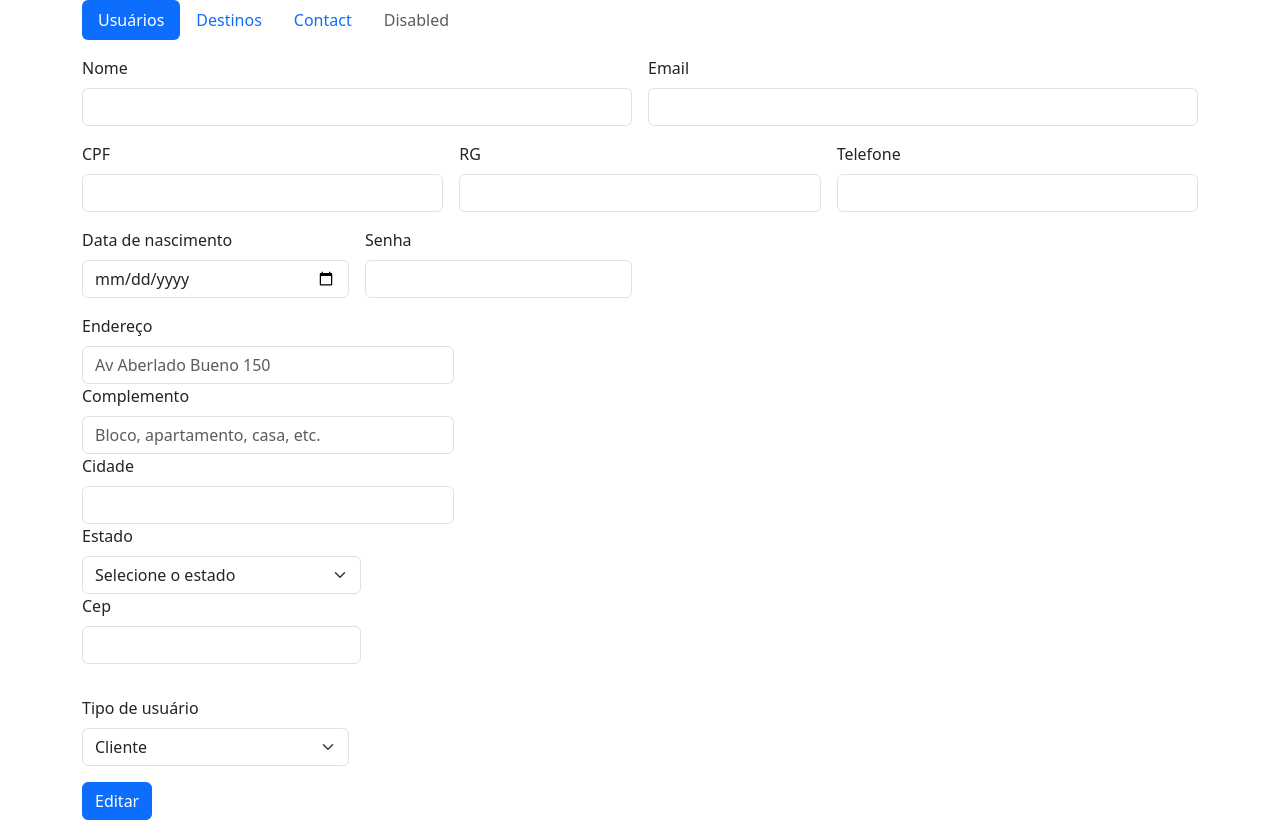
Repository: MaiconNunes315/Entrega_Recode_4
Page: http://localhost/Valonge/usuario/editarUsuario.jsp
An editor plug-in stored every save of this project. The page is shown before and after the next save, followed by the edit.
The browser window is 1280 px wide. The pictures show the whole page.
The page is served by Tomcat 9. Other server files are loaded and not shown. The template is opened directly, without the code that normally fills it, so the values that code supplies are empty.

Above is the page before, as saved 2023-11-05 11:07:07.

### Valonge/src/main/webapp/usuario/editarUsuario.jsp
<%@ page language="java" contentType="text/html; charset=UTF-8"
	pageEncoding="UTF-8"%>
<%@ taglib uri="http://java.sun.com/jsp/jstl/core" prefix="jstl"%>

<html>
<head>
<meta charset="UTF-8">
<title>Painel de Controle - Editar usuário</title>
<link
	href="https://cdn.jsdelivr.net/npm/bootstrap@5.3.2/dist/css/bootstrap.min.css"
	rel="stylesheet"
	integrity="sha384-T3c6CoIi6uLrA9TneNEoa7RxnatzjcDSCmG1MXxSR1GAsXEV/Dwwykc2MPK8M2HN"
	crossorigin="anonymous">
</head>
<body class="container">
	<ul class="nav nav-pills mb-3" id="pills-tab" role="tablist">
		<li class="nav-item" role="presentation">
			<button class="nav-link active" id="pills-home-tab"
				data-bs-toggle="pill" data-bs-target="#pills-home" type="button"
				role="tab" aria-controls="pills-home" aria-selected="true">
				Usuários</button>
		</li>
		<li class="nav-item" role="presentation"><a href="/destino"
			class="link-underline link-underline-opacity-0">
				<button class="nav-link decoration-none " id="pills-profile-tab"
					data-bs-toggle="pill" data-bs-target="#pills-profile" type="button"
					role="tab" aria-controls="pills-profile" aria-selected="false">
					Destinos</button>
		</a></li>
		<li class="nav-item" role="presentation">
			<button class="nav-link" id="pills-contact-tab" data-bs-toggle="pill"
				data-bs-target="#pills-contact" type="button" role="tab"
				aria-controls="pills-contact" aria-selected="false">
				Contact</button>
		</li>
		<li class="nav-item" role="presentation">
			<button class="nav-link" id="pills-disabled-tab"
				data-bs-toggle="pill" data-bs-target="#pills-disabled" type="button"
				role="tab" aria-controls="pills-disabled" aria-selected="false"
				disabled>Disabled</button>
		</li>
	</ul>
	<form class="row g-3" action="usuario/editar" method="POST">
		<div class="col-md-6">
			<label for="inputNome" class="form-label">Nome</label> <input
				type="text" class="form-control" id="inputNome" name="inputNome"
				value="${users.getNome()}">
		</div>
		<div class="col-md-6">
			<label for="inputEmail" class="form-label">Email</label> <input
				type="email" class="form-control" id="inputEmail" name="inputEmail"
				value="${ users.getEmail()}">
		</div>
		<div class="col-md-4">
			<label for="inputCpf" class="form-label">CPF</label> <input
				type="text" class="form-control" id="inputCpf" name="inputCpf"
				value="${users.getCpf() }">
		</div>
		<div class="col-md-4">
			<label for="inputRg" class="form-label">RG</label> <input type="text"
				class="form-control" id="inputRg" name="inputRg" value="${users.getRg() }">
		</div>
		<div class="col-md-4">
			<label for="inputTel" class="form-label">Telefone</label> <input
				type="tel" class="form-control" id="inputTel" name="inputTel" value="${users.getTelefone() }">
		</div>
		<div class="col-md-3">
			<label for="inputNascimento" class="form-label">Data de
				nascimento</label> <input type="date" class="form-control"
				id="inputNascimento" name="inputNascimento" value="${users.getDataNascimento() }">
		</div>
		<div class="col-md-3">
			<label for="inputSenha" class="form-label">Senha</label> <input
				type="password" class="form-control" id="inputSenha"
				name="inputSenha" value="${users.getSenha()}">
		</div>
		<address class="g-3">
			<div class="col-4">
				<label for="inputEndereco" class="form-label">Endereço</label> <input
					type="text" class="form-control" id="inputEndereco"
					placeholder="Av Aberlado Bueno 150" name="inputEndereco">
			</div>
			<div class="col-4">
				<label for="inputComplemento" class="form-label">Complemento</label>
				<input type="text" class="form-control" id="inputComplemento"
					name="inputComplemento"
					placeholder="Bloco, apartamento, casa, etc.">
			</div>
			<div class="col-md-4">
				<label for="inputCidade" class="form-label">Cidade</label> <input
					type="text" class="form-control" id="inputCidade"
					name="inputCidade">
			</div>
			<div class="col-md-3">
				<label for="inputEstado" class="form-label">Estado</label> <select
					id="inputEstado" class="form-select" name="inputEstado">
					<option selected>Selecione o estado</option>
					<jstl:forEach items="${Estados}" var="Estado">
						<option value="${Estado.getDescricao()}">${Estado.getDescricao()}</option>
					</jstl:forEach>

				</select>
			</div>
			<div class="col-md-3">
				<label for="inputCep" class="form-label">Cep</label> <input
					type="text" class="form-control" id="inputCep" name="inputCep">
			</div>
		</address>
		<div class="col-md-3">
			<label for="inputUsuario" class="form-label">Tipo de usuário</label>
			<select id="inputUsuario" class="form-select" name="inputUsuario">
				<option selected value="client">Cliente</option>
				<option value="user">Usuário</option>
				<option value="admin">Administrador</option>

			</select>
		</div>
		<div class="col-12">
			<button type="submit" class="btn btn-primary">Editar</button>
		</div>
	</form>

	<script
		src="https://cdn.jsdelivr.net/npm/bootstrap@5.3.2/dist/js/bootstrap.bundle.min.js"
		integrity="sha384-C6RzsynM9kWDrMNeT87bh95OGNyZPhcTNXj1NW7RuBCsyN/o0jlpcV8Qyq46cDfL"
		crossorigin="anonymous"></script>
</body>
</html>

After the next save:
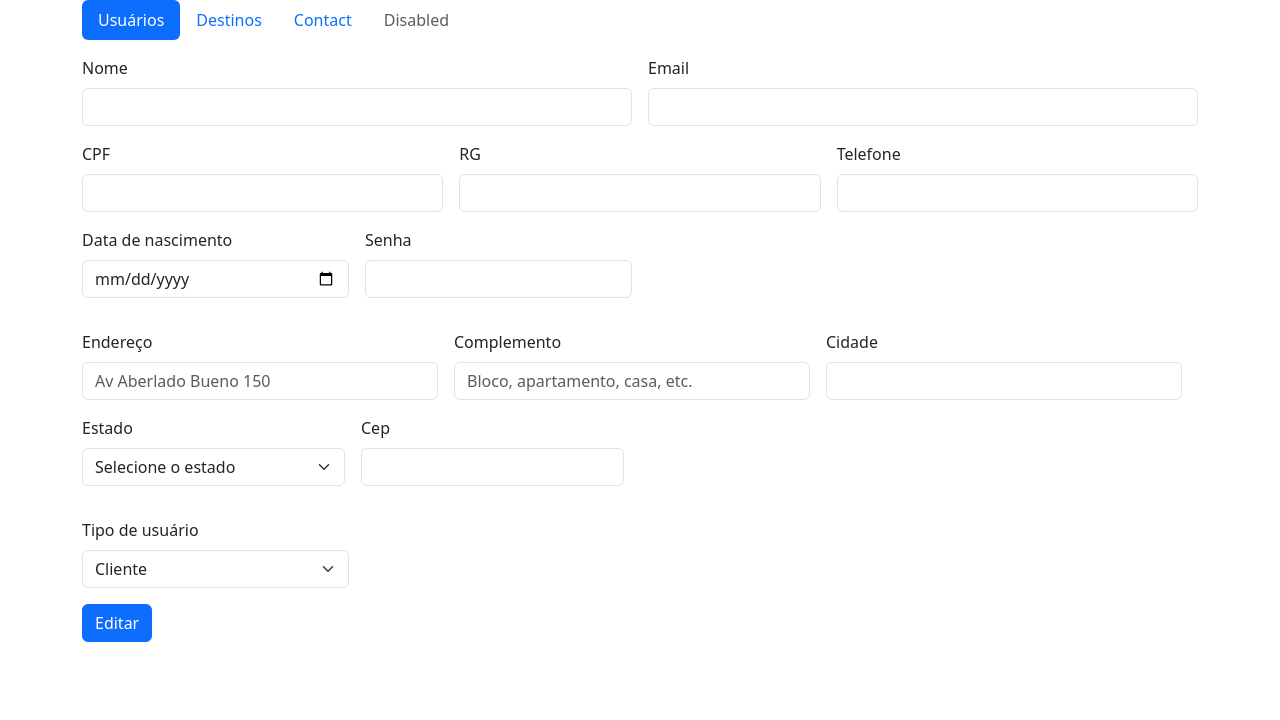
Saved 13 s later.
--- a/Valonge/src/main/webapp/usuario/editarUsuario.jsp
+++ b/Valonge/src/main/webapp/usuario/editarUsuario.jsp
@@ -74,7 +74,7 @@
 				type="password" class="form-control" id="inputSenha"
 				name="inputSenha" value="${users.getSenha()}">
 		</div>
-		<address class="g-3">
+		<address class="row g-3">
 			<div class="col-4">
 				<label for="inputEndereco" class="form-label">Endereço</label> <input
 					type="text" class="form-control" id="inputEndereco"
